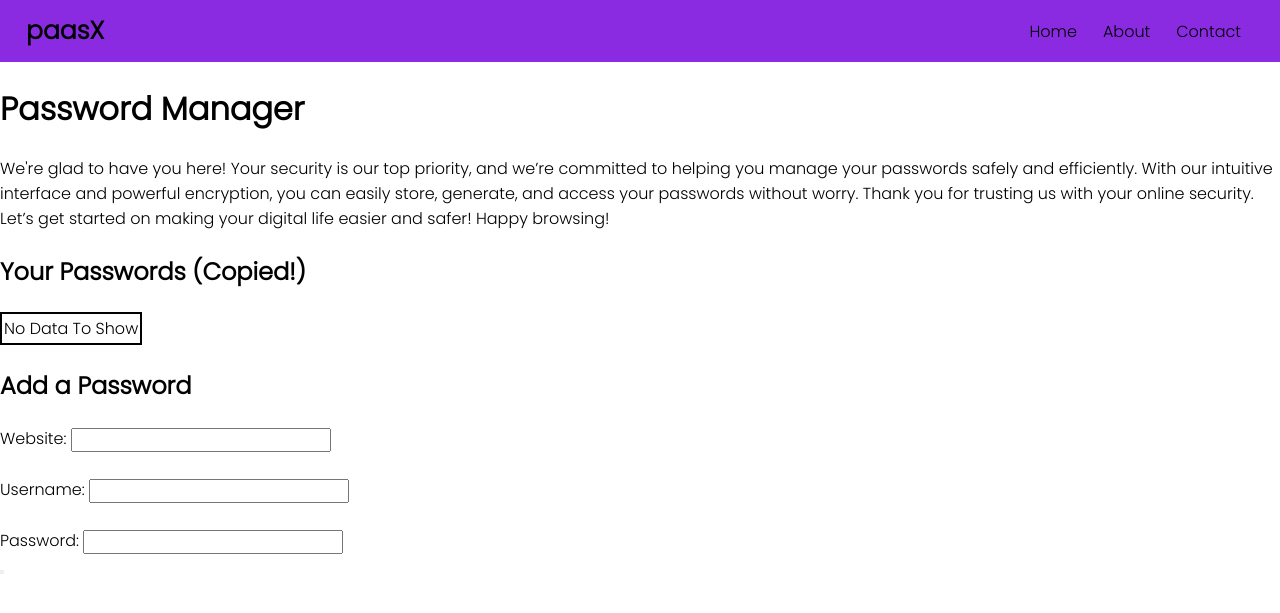
Repository: Abhi2807ar/PASSWORD-MANAGER
Page: index.html
The author's editor kept a copy of each file at every save. The page is drawn from the files as they stood at one save, then again after a run of saves.
The browser window is 1280 px wide. The pictures show the whole page.

Above is the page before, as saved 2024-10-14 18:40:42.
Console error: TypeError: Document.querySelector is not a function

After the next 2 saves:
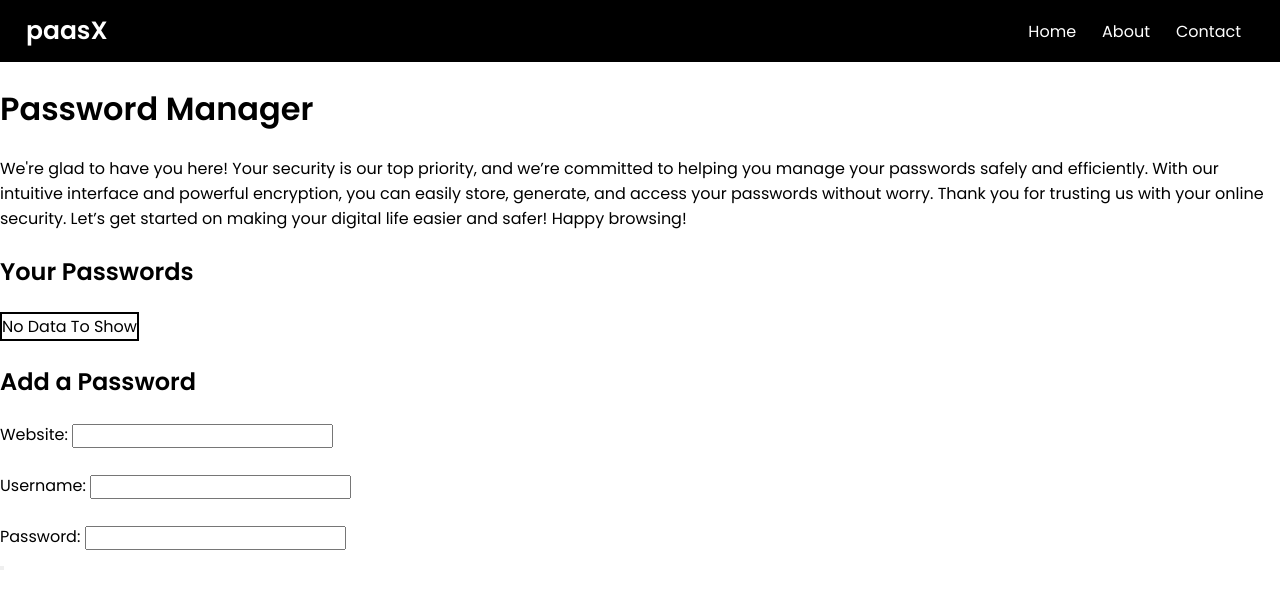
The 2 saves are shown as one change because they came seconds apart.
The last was saved 87 s later.
--- a/style.css
+++ b/style.css
@@ -1,72 +1,88 @@
+@import url('https://fonts.googleapis.com/css2?family=Noto+Sans:ital,wght@0,700;1,300&family=Poppins:wght@300;400;600&display=swap');
 
-@import url('https://fonts.googleapis.com/css2?family=Poppins:wght@200;300&display=swap');
-*{
-    margin:0;
-    padding:0;
-    font-family: "Poppins", sans-serif;;
- }
- nav{ background-color: blueviolet;
-    padding:12px 3px;
-    display:flex;
-    justify-content:space-between;
- }
- .logo{
-    margin:0 23px;
+* {
+    margin: 0;
+    padding: 0;
+    font-family: 'Noto Sans', sans-serif;
+    font-family: 'Poppins', sans-serif;
+}
+
+nav {
+    background-color: black;
+    color: white;
+    padding: 12px 3px;
+    display: flex;
+    justify-content: space-between;
+}
+
+.logo{
+    margin: 0 23px;
     font-weight: 800;
-    font-size:25px;
- }
- ul{
-    display:flex;
+    font-size: 25px;
+    cursor: pointer;
+}
+
+ul {
+    display: flex;
     margin: 0 23px;
     align-items: center;
+}
 
- }
- ul > li{
-    list-style:none;
-     margin:0 13px;
-     cursor:pointer;
- }
- ul > li:hover{
-    color:white;
- }
- table {
-    border:2px solid black
+ul > li {
+    list-style: none;
+    margin: 0 13px;
+    cursor: pointer;
+}
+
+ul > li:hover{
+    color: white;
 
 }
-.container{
+
+table, td, tr{
+    border: 2px solid black;
+    border-collapse: collapse;
+    padding: 5px 13px;
+}
+
+.container {
     max-width: 80vw;
     margin: 23px auto;
 }
-h1,h2,h3{
-    margin:23px 0;
+
+h1, h2, h3 {
+    margin: 23px 0;
 }
+
 .btn{
-    padding:8px 17px;
-    background:black;
-    color:white;
+    padding: 8px 17px;
+    background: black;
+    color: white;
     font-weight: 900;
-    border:2px solid grey;
-    border-radius:8px;
-    margin:25px 0;
-    cursor:pointer;
+    border: 2px solid gray;
+    border-radius: 8px;
+    margin: 25px 0;
+    cursor: pointer;
 }
+
 .btnsm{
-    background:black;
-    color:white;
+    padding: 8px 17px;
+    background: black;
+    color: white;
     font-weight: 900;
-    border:2px solid grey;
-    border-radius:8px;
-    margin:25px 0;
-    cursor:pointer;
+    border: 2px solid gray;
+    border-radius: 8px;
+    cursor: pointer;
+}
 
-}
 img{
-    cursor:pointer;
+    cursor: pointer;
     position: relative;
     bottom: 7px;
-    width:15px;
+    width: 15px;
     height: 13px;
 }
-.alert{
-    display:none;
+
+#alert{
+    display: none;
 }
